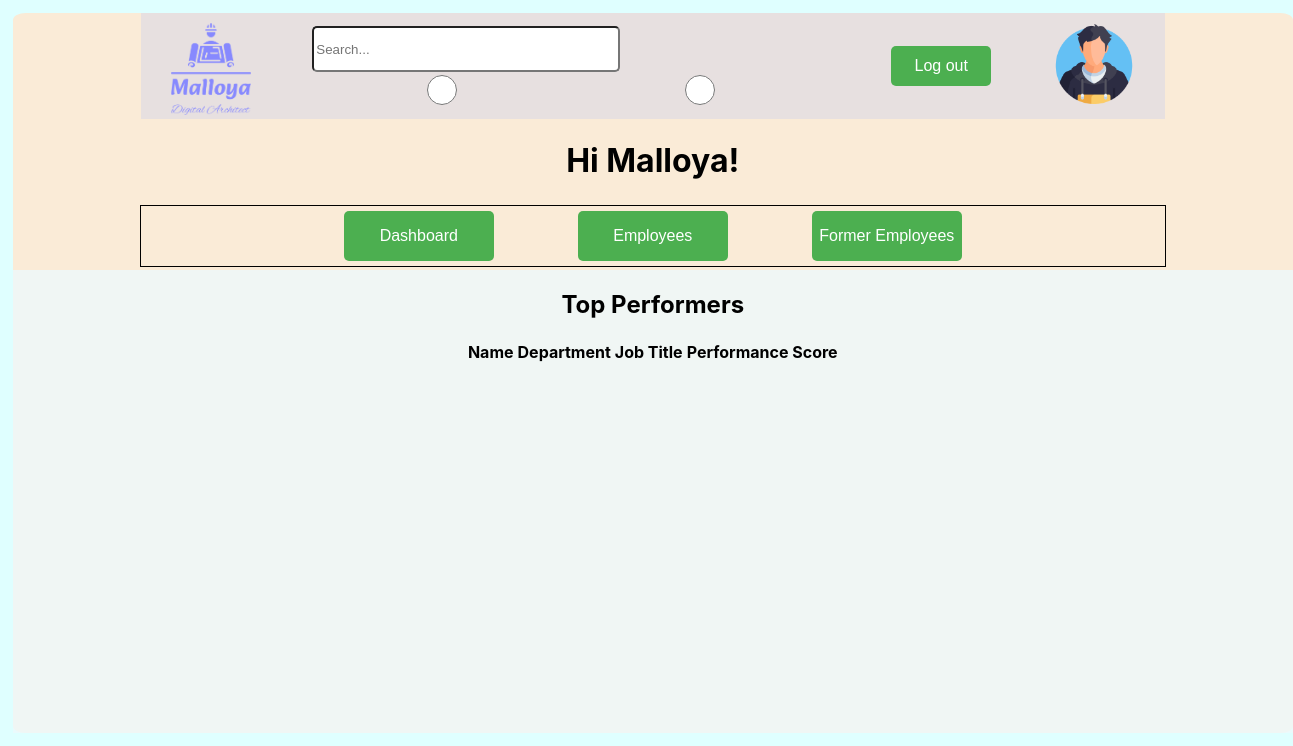
Repository: SbuKhoza/register
Page: /
The author's editor kept a copy of each file at every save. The page is drawn from the files as they stood at one save, then again after the next save.
The browser window is 1280 px wide. The page is 1293 px wide, so the pictures cover 1293 px, including what lies to the right of the window. The pictures show the whole page.
The project was rebuilt for these pictures with package versions that can differ from the ones it lists, and the page was loaded fresh each time.

Above is the page before, as saved 2024-07-18 12:32:16.

### src/App.js

import './App.css';
import Home from './Home'

function App() {
  return (
    <div className="App">
     <Home />



  </div>


  );
}

export default App;

### src/App.css
body {
  background-color: rgb(223, 255, 255);
}



.container {
  background-color: antiquewhite;
  margin: 1%;
  border-radius: 1%;
  width: 98%;
  height: 100vh;
  display: grid;
  grid-template-columns: 0.2fr 1fr 1fr;
  grid-template-rows: 0.2fr 1fr;
  grid-template-areas:
  "header nav nav";
}

ul {
  list-style-type: none;
}

nav {
  grid-area: nav;
  display: flex;
  justify-content:space-around;
  align-items: center;
  background-color: rgb(231, 224, 224);
}

nav a {
  text-decoration: none;
  color: rgb(17, 17, 17);
  font-size: 15px;
}

nav input {
  height: 30px;
  width: 250px;
}

### src/Home.js
import './Home.css';

function Home() {
    return (
        <div className="App">
            <div className='container'>

            <div className='heading'>
                <nav>
                    <div className='logo'>
                        <img src='logo.png' alt='logo'></img>
                    </div>

                    <div className='search'>
                        <input type='text' placeholder='Search...' id='search'></input>
                        <div className='rad'>
                        <input type='radio' id='nam' name='fname' value={'fname'}></input>
                        <input type='radio' id='eid' name='emp-id' value={'emp-id'}></input>
                        </div>
                    </div>

                    <div className='logout'>
                        <button type='button' className='btn'>Log out</button>
                    </div>

                    <div className='profile'>
                        <img src='boy.png' alt='profile'></img>
                    </div>

                </nav>
            </div>
                <div className='nav2'>
                    <h1>Hi Malloya!</h1>

                </div>

                <div className='nav3'>
                    <div className='dash'>
                    <button type='button' className='btn'>Dashboard</button>
                    <button type='button' className='btn'>Employees</button>
                    <button type='button' className='btn'>Former Employees</button>
                    </div>


                </div>

                <div className='main'>
                    <div className='cont-form'>
                        <h2>Top Performers</h2>
                        <div className='table'>
                            <table>
                                <thead>
                                    <tr>
                                        <th>Name</th>
                                        <th>Department</th>
                                        <th>Job Title</th>
                                        <th>Performance Score</th>
                                    </tr>



                                </thead>
                            </table>
                        </div>


                    </div>

                </div>


            </div>


        </div>


    );
  }






export default Home;

### src/Home.css


.container {
    display: grid;
    height: 100vh;
    width: 100%;
    grid-template-columns: 0.5fr 1fr 1fr 0.5fr;
    grid-template-rows: 0.3fr 0.2fr 0.3fr 2fr;
    grid-template-areas: 'nav nav nav nav'
    'nav2 nav2 nav2 nav2'
    'nav3 nav3 nav3 nav3'
    'body body body body'

}

.heading {
    grid-area: nav;
    display: flex;
    width: 100%;
    justify-content: center;
    align-items: center;
}


nav {
    width: 80%;
    grid-area: nav;
    display: flex;
    justify-content: space-around;
    align-items: center;
}

.logo {
    margin-top: 10px;
    width: 80px;

}

.logo img {
    width: 100%;
    object-fit:fill;
}

.profile {
    width: 80px;
}

.profile img {
    width: 100%;
    object-fit: cover;
}
.search {
    display: flex;
    flex-direction: column;
}

.rad {
    display: flex;
}

#search {
    height: 40px;
    width: 300px;
    border-radius: 5px;
}

.btn {
    height: 40px;
    width: 100px;
    background-color: #4CAF50;
    color: white;
    border: none;
    border-radius: 5px;
    text-align: center;
    text-decoration: none;
    display: inline-block;
    font-size: 16px;
    margin: 4px 2px;
}

.nav2 {
    grid-area: nav2;
    text-align: center;

}


.nav3 {
    grid-area: nav3;
    display: flex;
    justify-content: space-around;
    align-items: center;
}

.dash {
    width: 80%;
    height: 60px;
    border: 1px solid black;
    display: flex;
    justify-content: center;
    align-items: center;
    gap:80px;

}

.dash button {
    width: 150px;
    height: 50px;
    background-color: #4CAF50;
    color: white;
    border: none;
    border-radius: 5px;
    text-align: center;
    text-decoration: none;
    display: inline-block;
    font-size: 16px;
    margin: 4px 2px;
    cursor: pointer;

}

.main {
    grid-area: body;
    display: flex;
    background-color: rgba(238, 249, 252, 0.8);
    justify-content: center;
    text-align: center;
}

Loaded but not shown: public/index.html (common file); src/index.js (common file); src/index.css (common file); src/reportWebVitals.js (common file)

After the next save:
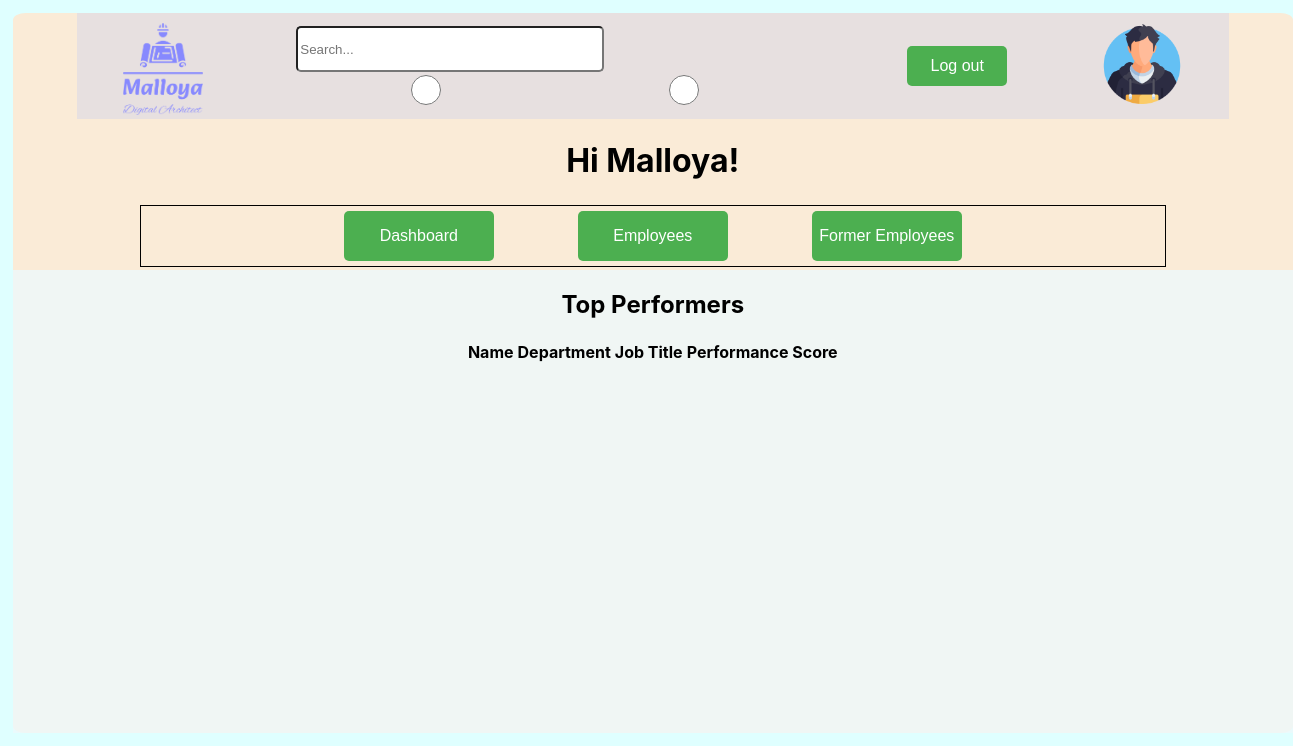
Saved 3 min 18 s later.
--- a/src/Home.css
+++ b/src/Home.css
@@ -23,7 +23,7 @@
 
 
 nav {
-    width: 80%;
+    width: 90%;
     grid-area: nav;
     display: flex;
     justify-content: space-around;
